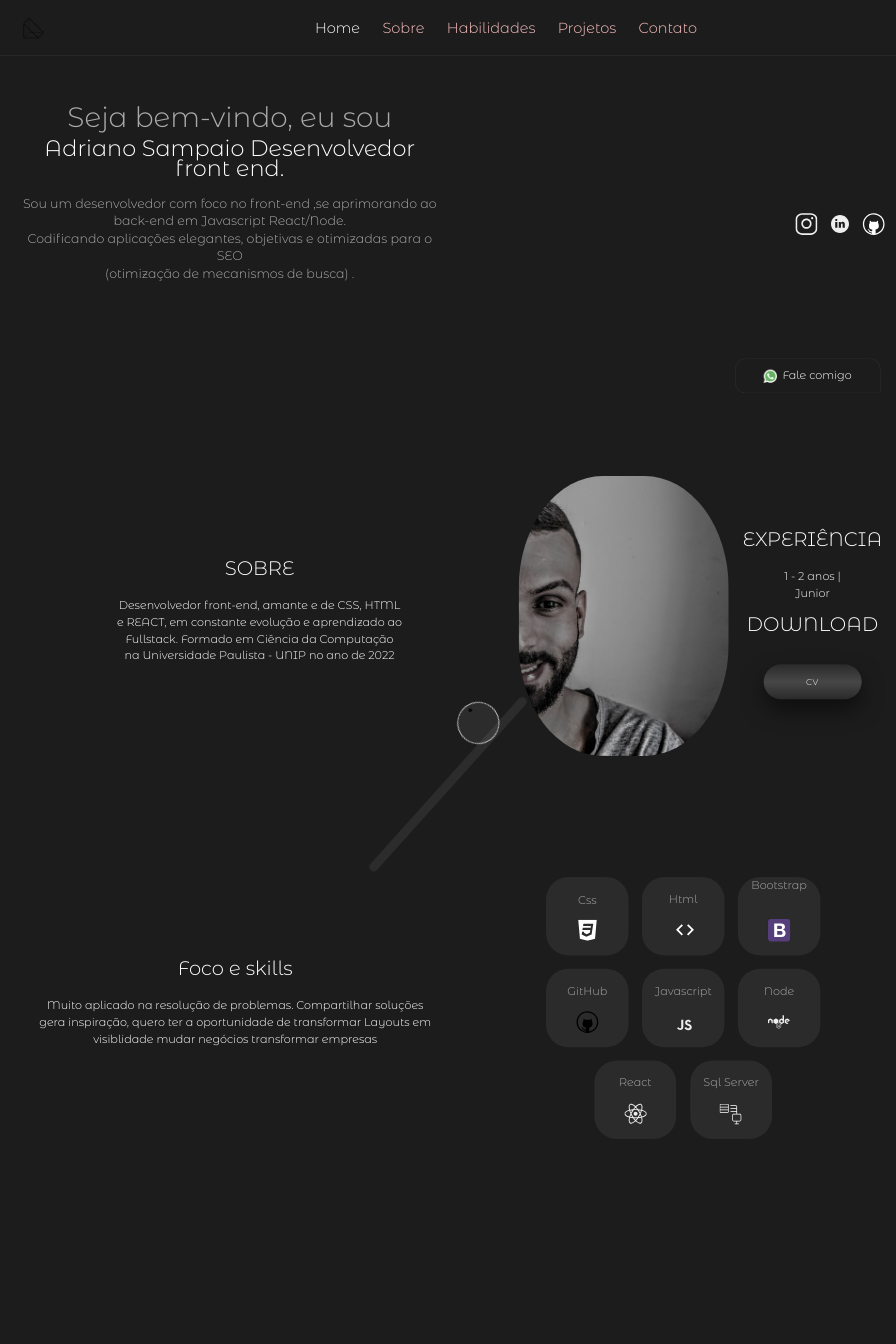
Repository: adrianodisam/NovoPortifolio
Page: /
The author's editor kept a copy of each file at every save. The page is drawn from the files as they stood at one save, then again after the next save.
The browser window is 1280 px wide. The pictures show the part of the page from y = 0 to 1920 px (the page is 3024 px tall), at 70% of full size.
The project was rebuilt for these pictures with package versions that can differ from the ones it lists, and the page was loaded fresh each time. Imported but missing from the stored project, and not drawn on this page: src/componentes/Download/Adriano.pdf.

Above is the page before, as saved 2024-11-02 17:00:59.

After the next save:
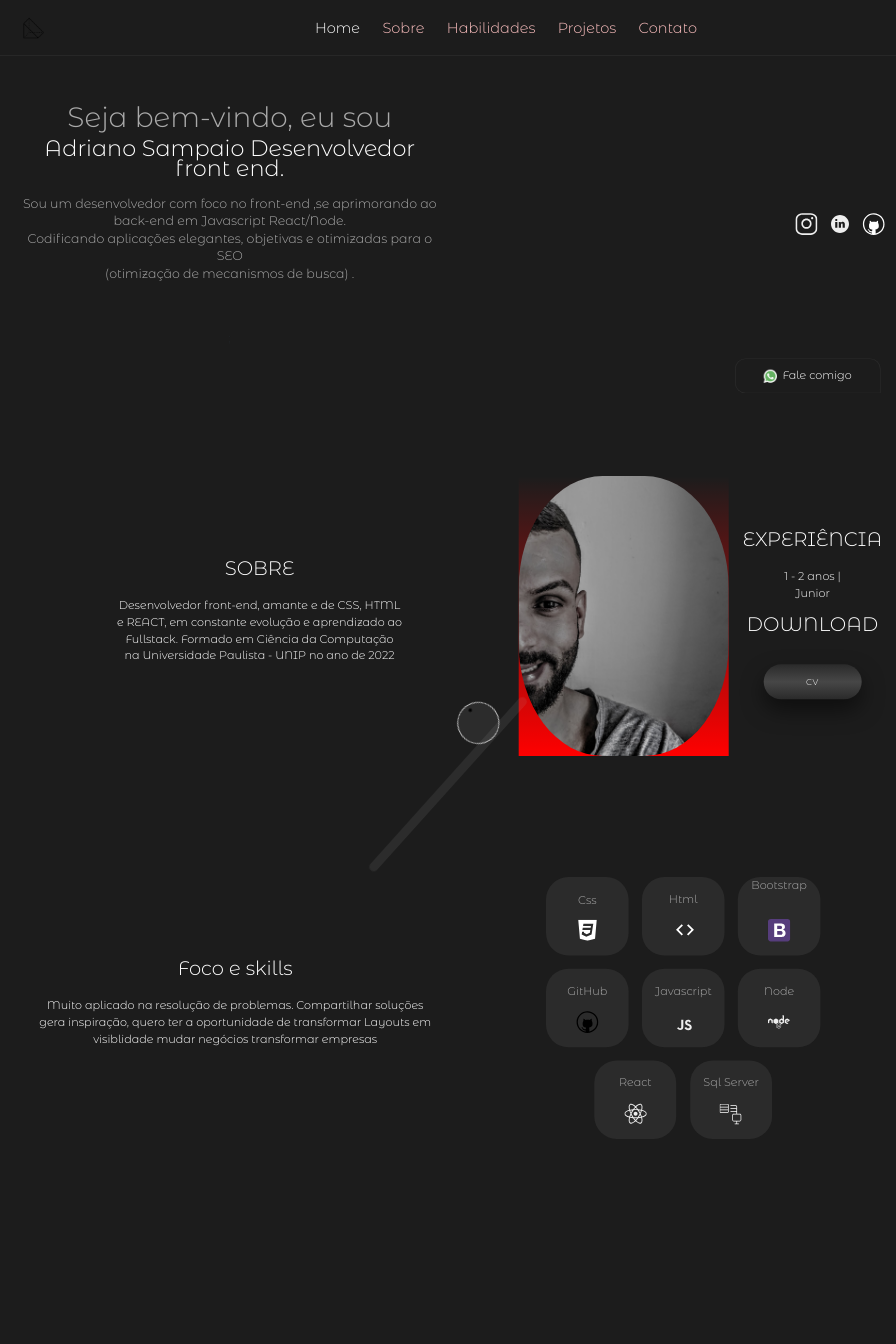
Saved 53 s later.
--- a/src/componentes/FotoSobre/FotoSobre.module.css
+++ b/src/componentes/FotoSobre/FotoSobre.module.css
@@ -6,6 +6,8 @@
   /* border: solid 4px var(--CorBorda); */
   /* border-radius: 50%; */
   /* background: hsla(0, 0%, 67%, 0.1); */
+  background: linear-gradient(to bottom, rgba(255, 0, 0, 0) 0%, rgba(255, 0, 0, 1) 100%);
+
 }
 
 .Container img {

After the save that followed:
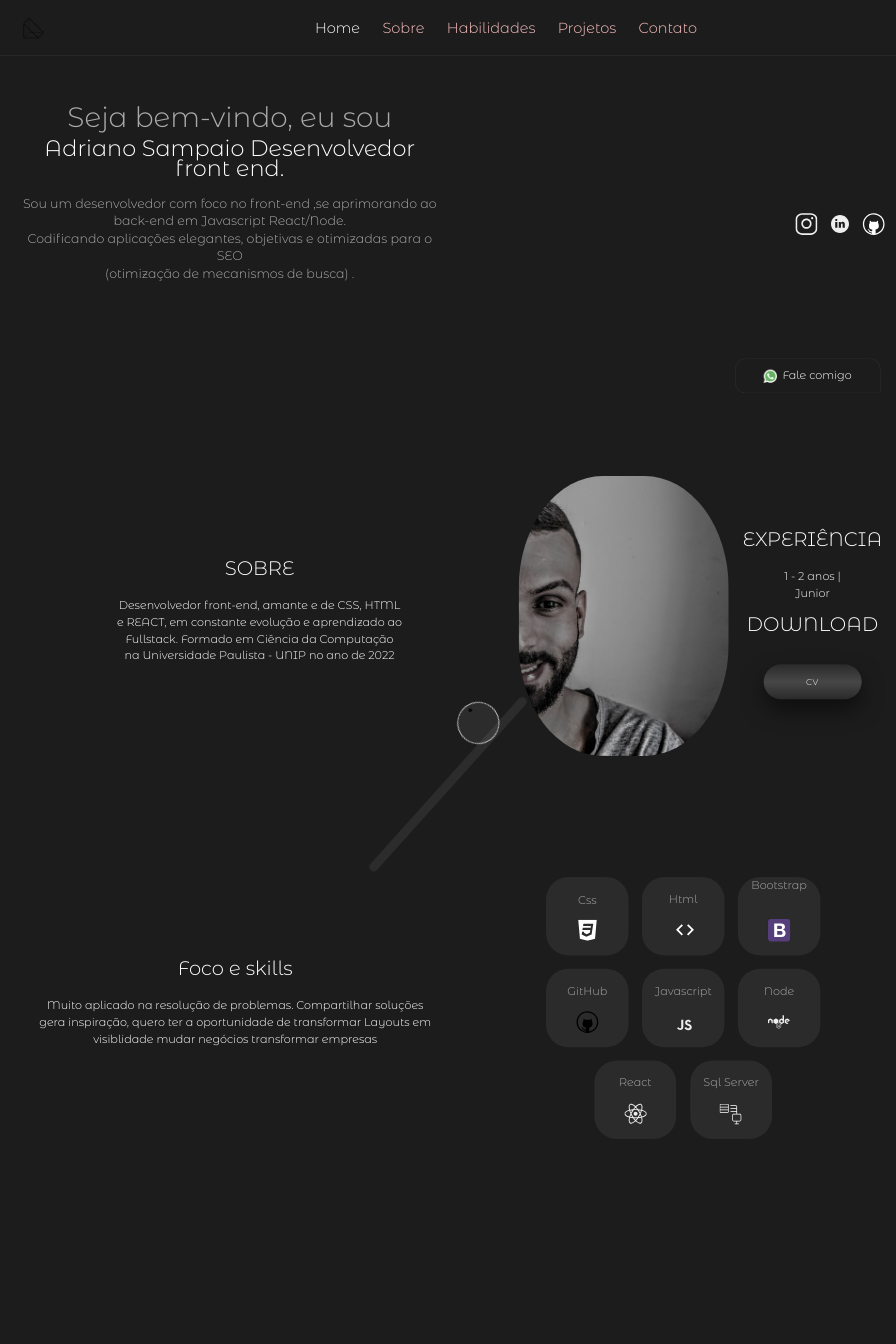
Saved 56 s later.
--- a/src/componentes/FotoSobre/FotoSobre.module.css
+++ b/src/componentes/FotoSobre/FotoSobre.module.css
@@ -6,7 +6,7 @@
   /* border: solid 4px var(--CorBorda); */
   /* border-radius: 50%; */
   /* background: hsla(0, 0%, 67%, 0.1); */
-  background: linear-gradient(to bottom, rgba(255, 0, 0, 0) 0%, rgba(255, 0, 0, 1) 100%);
+  background: linear-gradient(to bottom, rgba(28, 28, 28, 0) 0%, rgba(28, 28, 28, 1) 100%);
 
 }
 
